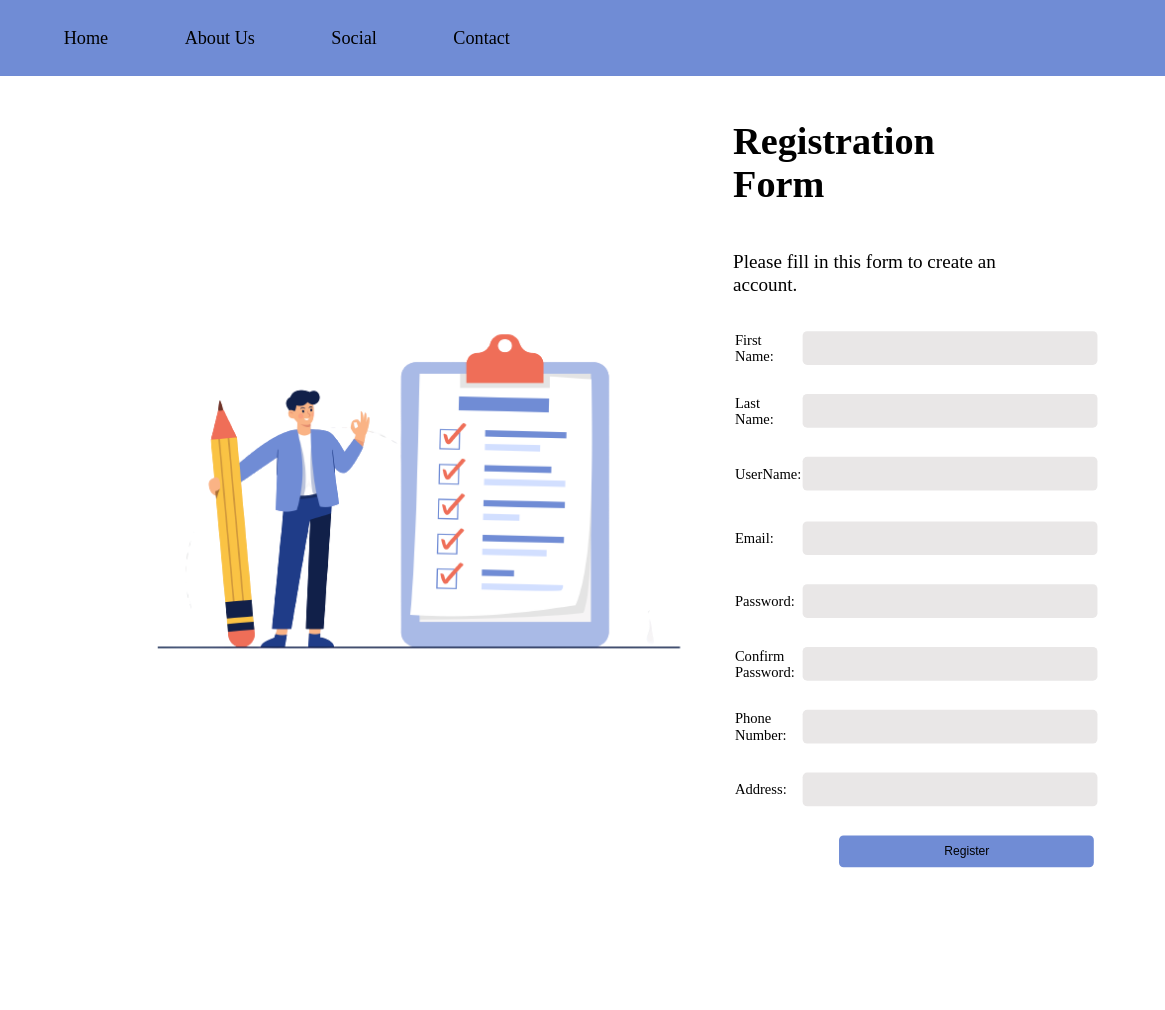
Repository: armanali13000/JAVA_CRUD
Page: http://localhost/CRUD_APP/MemberRegister.jsp
An editor plug-in stored every save of this project. The page is shown before and after the next save, followed by the edit.
The browser window is 1280 px wide. The pictures show the whole page, at 91% of full size.
The page is served by Tomcat 9.

Above is the page before, as saved 2023-03-05 14:03:24.

### CRUD_APP/src/main/webapp/MemberRegister.jsp
<%@ page language="java" contentType="text/html; charset=ISO-8859-1"
    pageEncoding="ISO-8859-1"%>
<!DOCTYPE html>
<html>

<head>
    <meta charset="ISO-8859-1">
    <title>Registration Form</title>

<style type="text/css">
        body
        {
            padding: 0px;
            margin: 0px;
        }
        .navbar
        {
            background: #708CD5;
            padding: 30px;
            position: sticky;
            top: 0px;

        }
        a
        {
            color: black;
            text-decoration: none;
            padding: 20px;
            margin: 20px;
            font-size: 20px;
        }
        .header {
            width: 100%;
            display: flex;
            flex-direction: column;
            align-items: center;
            font-size: 21px;
        }

        .parent {
            display: grid;
            grid-template-columns: 65% 35%;
            width: 80%;
            margin: 120px;
            margin-top: auto;
            align-items: center;
        }

        .imgTable {
            width: 100%;
        }

        table.formtable {
            width: 100%;
        }

        .tableDiv {
            /* border: 2px solid #708CD5; */
            padding: 20px;
        }

        td {
            padding: 15px 0px 15px 0px;

        }

        input {
            width: 100%;
            height: 35px;
            border: none;
            background: #e9e7e7;
            /* border-bottom: 1px solid black; */
            border-radius: 5px;
        }
        .button
        {
            width: 280px;
            margin-left: 40px;

            background-color: #708CD5;
        }

        @media screen and (max-width:1100px){
            .parent {
            display: block;
        }
        }
    </style>

</head>

<body>

    <div class="navbar">

        <a href="#">Home</a>
        <a href="#">About Us</a>
        <a href="#">Social</a>
        <a href="#">Contact</a>

    </div>

    <div class="parent">
        <div class="imgDiv">
             <img class="imgTable" alt="image" src="images/Checklist.jpg">
        </div>

        <div class="tableDiv">
            <div class="header">
                <h1>Registration Form</h1>
                <p>Please fill in this form to create an account.</p>
            </div>
            <form class="registration" action="Register" method="post">
                <table class="formtable">
                    <tbody class="tableborder">
                        <tr>
                            <td><label>First Name:</label></td>
                            <td><input id="input" type="text"></input></td>
                        </tr>
                        <tr>
                            <td><label>Last Name:</label></td>
                            <td><input id="input" type="text"></input></td>
                        </tr>
                        <tr>
                            <td><label>UserName:</label></td>
                            <td><input id="input" type="text"></input></td>
                        </tr>
                        <tr>
                        <tr>
                            <td><label>Email:</label></td>
                            <td><input id="input" type="email"></input></td>
                        </tr>
                        <td><label>Password:</label></td>
                        <td><input id="input" type="password"></input></td>
                        </tr>
                        <tr>
                            <td><label>Confirm Password:</label></td>
                            <td><input id="input" type="password"></input></td>
                        </tr>
                        <tr>
                            <td><label>Phone Number:</label></td>
                            <td><input id="input" type="text"></input></td>
                        </tr>
                        <tr>
                            <td><label>Address:</label></td>
                            <td><input id="input" type="text"></input></td>
                        </tr>
                        <tr>
                            <td></td>
                            <td><input class="button" type="submit" value="Register"></input></td>
                        </tr>
                    </tbody>
                </table>
            </form>
        </div>
    </div>


</body>

</html>

After the next save:
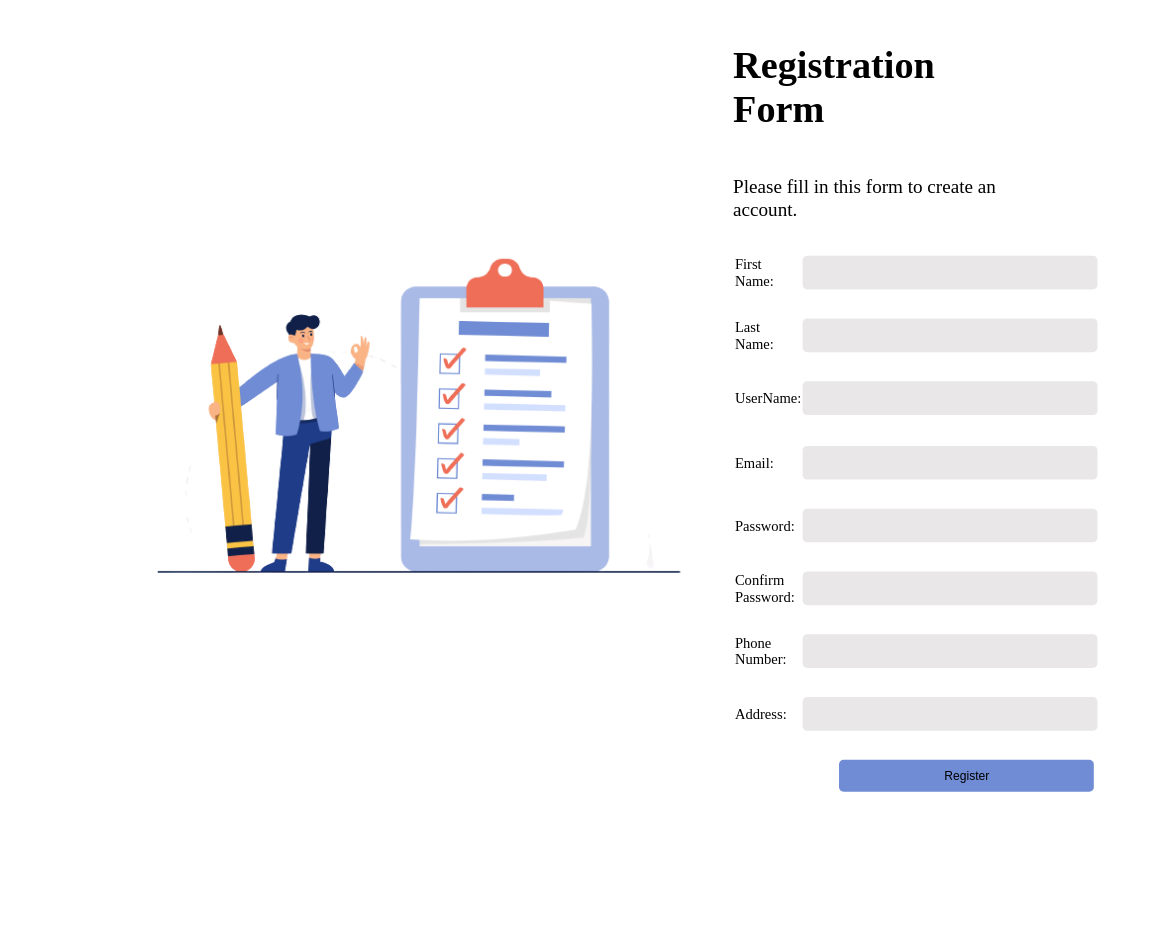
Saved 111 s later.
--- a/CRUD_APP/src/main/webapp/MemberRegister.jsp
+++ b/CRUD_APP/src/main/webapp/MemberRegister.jsp
@@ -13,7 +13,7 @@
             padding: 0px;
             margin: 0px;
         }
-        .navbar
+       /* .navbar
         {
             background: #708CD5;
             padding: 30px;
@@ -28,7 +28,7 @@
             padding: 20px;
             margin: 20px;
             font-size: 20px;
-        }
+        }*/
         .header {
             width: 100%;
             display: flex;
@@ -91,7 +91,7 @@
 
 <body>
 
-    <div class="navbar">
+    <!-- <div class="navbar">
 
         <a href="#">Home</a>
         <a href="#">About Us</a>
@@ -99,7 +99,7 @@
         <a href="#">Contact</a>
 
     </div>
-
+ -->
     <div class="parent">
         <div class="imgDiv">
              <img class="imgTable" alt="image" src="images/Checklist.jpg">
